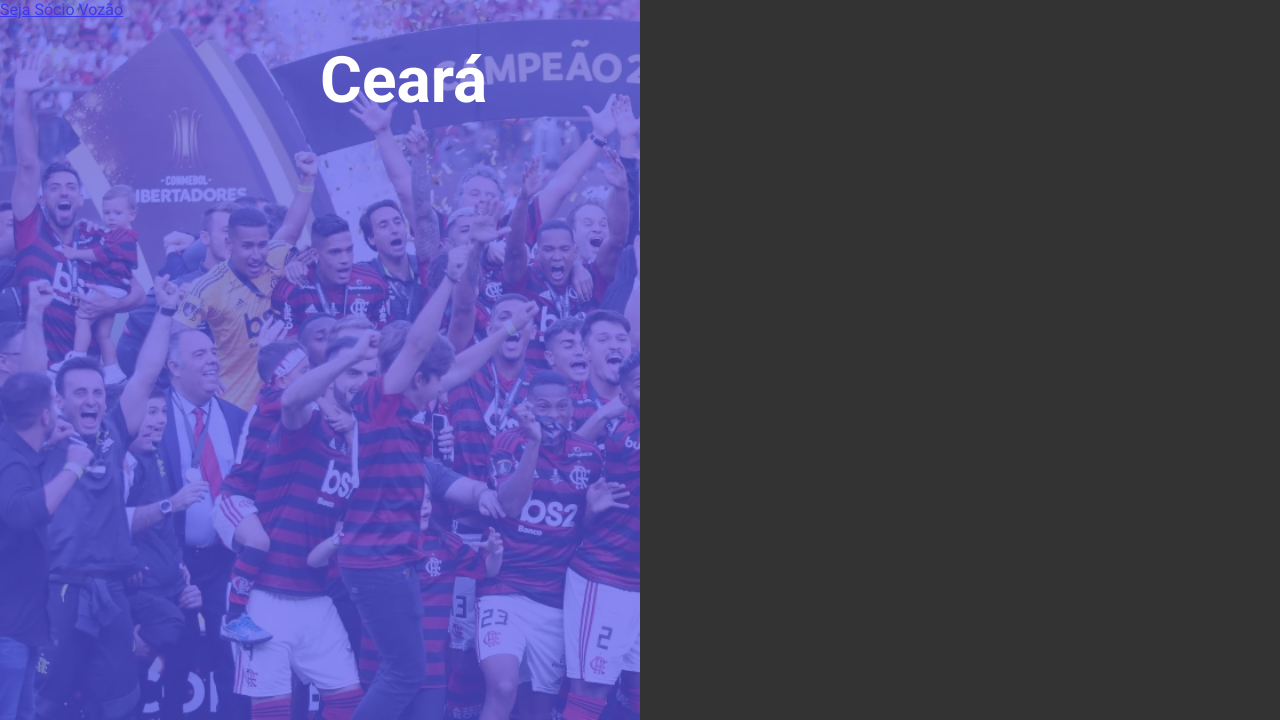
Repository: Williamlmachado/Divis-o-de-P-gina
Page: index.html
An editor plug-in stored every save of this project. The page is shown before and after a run of saves, followed by the edit.
The browser window is 1280 px wide. The pictures show the whole page.

Above is the page before, as saved 2021-08-17 09:50:42.

### index.html
<!DOCTYPE html>
<html lang="en">
  <head>
    <meta charset="UTF-8" />
    <meta name="viewport" content="width=device-width, initial-scale=1.0" />
    <link rel="stylesheet" href="style.css" />
    <title>Split Landing Page
    </title>
  </head>
  <body>
      <div class="container">
          <div class="split left">
              <h1>Flamengo</h1>
              <a href="#" class="btn">Seja Sócio Nação</a>
          </div>
          <div class="split left">
            <h1>Ceará</h1>
            <a href="#" class="btn">Seja Sócio Vozão</a>
        </div>
      </div>
      <script src="script.js"></script>
  </body>
</html>

### style.css
@import url('https://fonts.googleapis.com/css2?family=Roboto:wght@400;700&display=swap');

:root {
  --left-bg-color: rgba(87, 84, 236, 0.7);
  --right-bg-color: rgba(43, 43, 43, 0.8);
  --left-btn-hover-color: rgba(87, 84, 236, 1);
  --right-btn-hover-color: rgba(28, 122, 28, 1);
  --hover-width: 75%;
  --other-width: 25%;
  --speed: 1000ms;
}

* {
  box-sizing: border-box;
}

body {
  font-family: 'Roboto', sans-serif;
  height: 100vh;
  overflow: hidden;
  margin: 0;
}
h1{
 font-size: 4rem;
 color: #fff;
 position: absolute;
 left: 50%;

}
.container{
    position: relative;
    width: 100%;
    height: 100%;
    background: #333;
}
.split{
    position: absolute;
    width: 50%;
    height: 100%;
    overflow: hidden;
}
.split.left{
    left:0;
    background: url('flamengo-v-river-plate-copa-conmebol-libertadores-2019-5dd9bc78727cd99309000001.webp');
    background-repeat: no-repeat;
    background-size: cover;

}
.split.left::before{
    content: '';
    position: absolute;
    width: 100%;
    height: 100%;
    background-color: var(--left-bg-color);
}
.split.right{
    right: 0;
    background: url('img-9633.webp');
    background-repeat: no-repeat;
    background-size: cover;
}
.split.right::before{
    content: '';
    position: absolute;
    width: 100%;
    height: 100%;
    background-color: var(--right-bg-color);
}

Loaded but not shown: script.js (no copy from this time; the picture is the same without it)

After the next 2 saves:
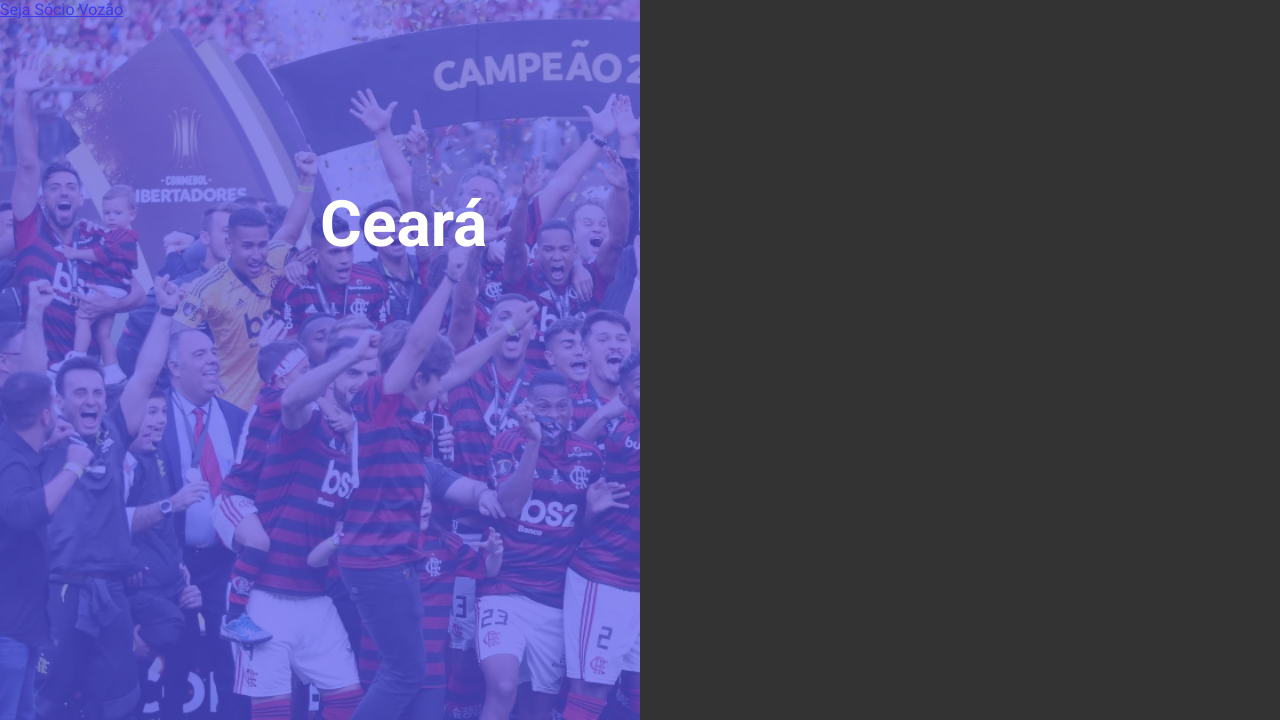
The 2 saves are shown as one change because they came seconds apart.
The last was saved 9 s later.
--- a/style.css
+++ b/style.css
@@ -25,7 +25,8 @@
  color: #fff;
  position: absolute;
  left: 50%;
-
+ top:20%;
+ transform: ;
 }
 .container{
     position: relative;
